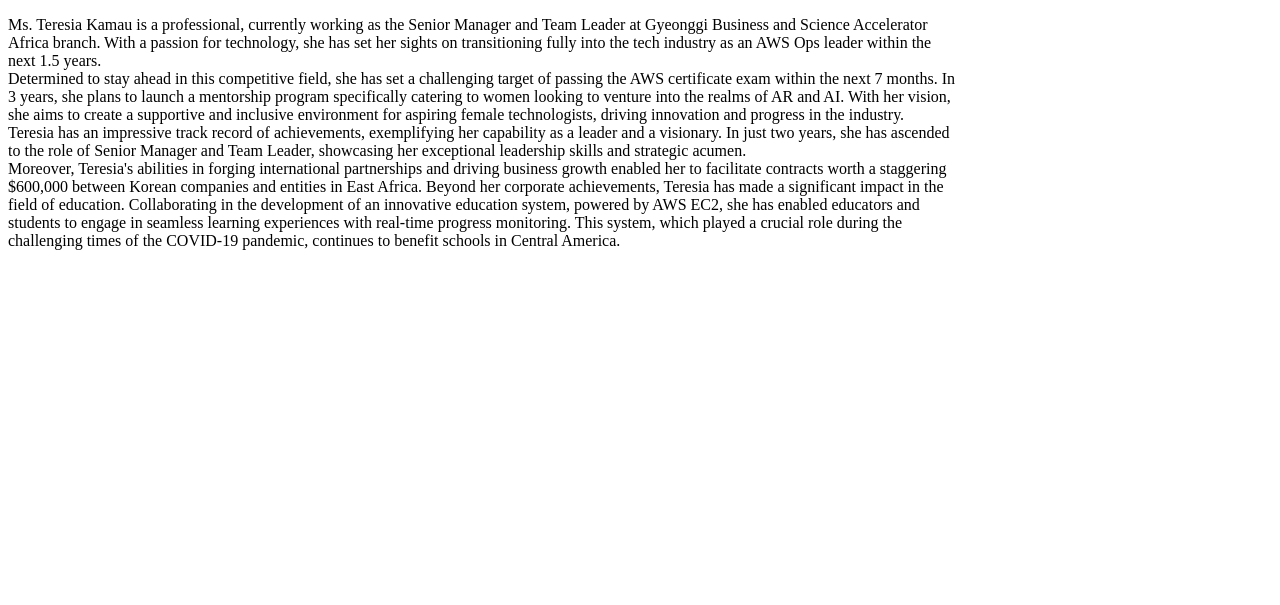
Repository: tessa5/developerPortfolio
Page: public/bio.html
The author's editor kept a copy of each file at every save. The page is drawn from the files as they stood at one save, then again after the next save.
The browser window is 1280 px wide. The pictures show the whole page.

Above is the page before, as saved 2023-08-07 12:46:47.

After the next save:
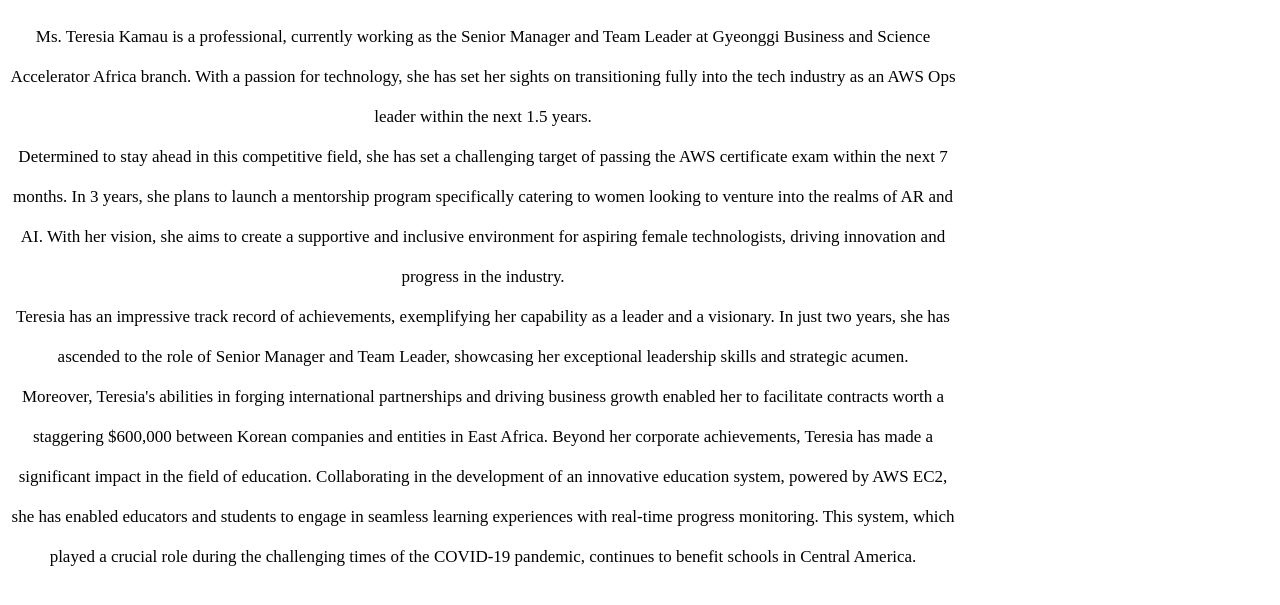
Saved 27 s later.
--- a/public/assets/styles/bio.css
+++ b/public/assets/styles/bio.css
@@ -1,3 +1,8 @@
 .bio {
     width:950px;
+    height:40px;
+    line-height: 40px;
+    text-align: center;
+    margin-bottom: 9px;
+    font-size: 17px;
 }
